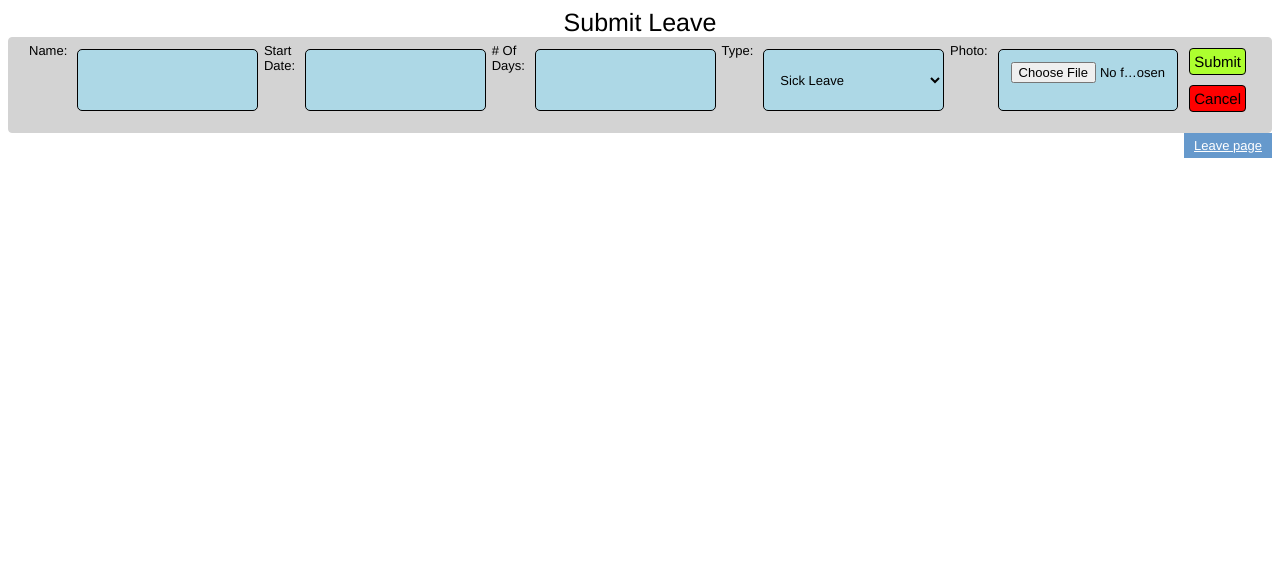
Repository: Murad71/BasicCRUD
Page: index.html
An editor plug-in stored every save of this project. The page is shown before and after the next save, followed by the edit.
The browser window is 1280 px wide. The pictures show the whole page.

Above is the page before, as saved 2023-04-18 20:12:09.

After the next save:
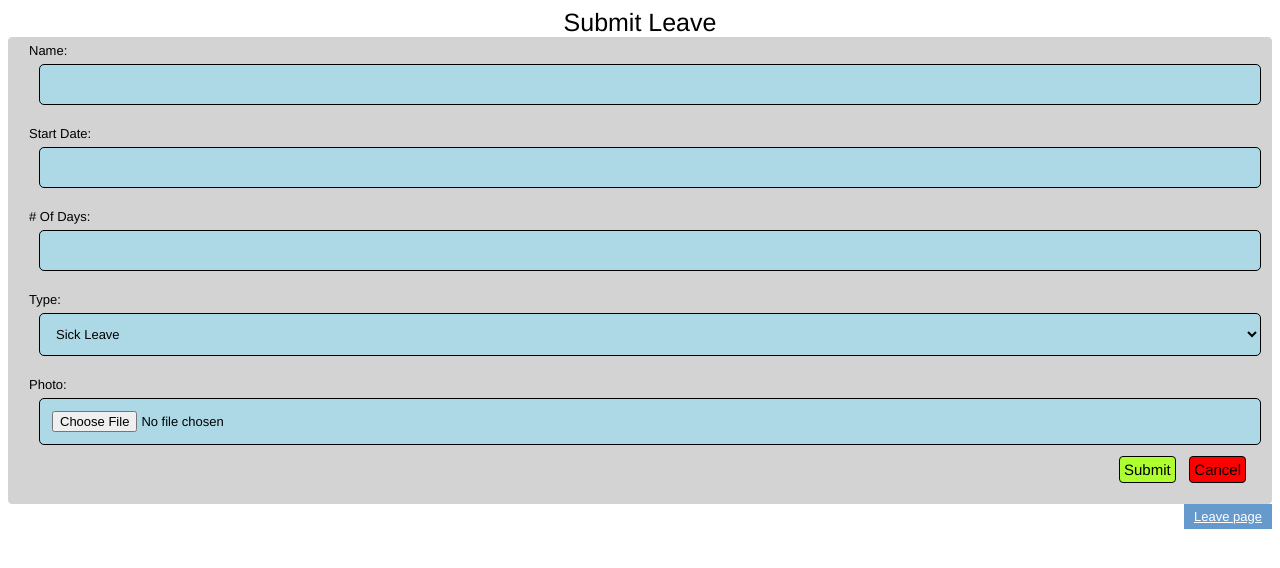
Saved 82 s later.
--- a/index.css
+++ b/index.css
@@ -10,10 +10,9 @@
   border: 1px solid lightgray;
   border-radius: 4px;
   display: flex;
-  flex-direction: row;
+  flex-direction: column;
   margin: 0 auto;
   width: 100%;
-  justify-items: center;
 }
 
 header {
